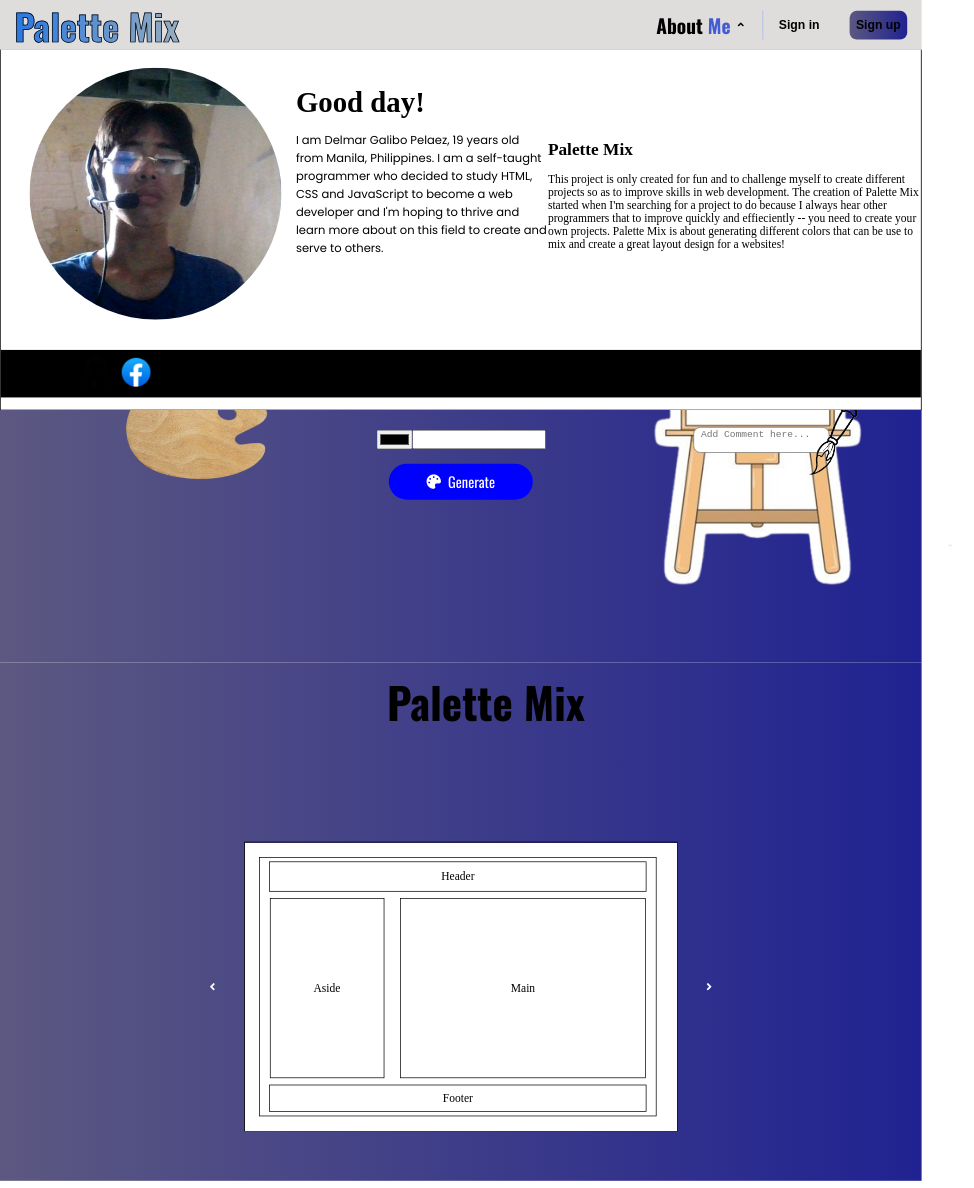
Repository: dmpelaez/Login-Signup-form
Page: Color/colorHeader.html
These files come from the project's save history. The page is drawn as it stood at one moment and after the next save; the edit follows.
The browser window is 1280 px wide. The page is 1353 px wide, so the pictures cover 1353 px, including what lies to the right of the window. The pictures show the whole page, at 72% of full size.
Some web libraries are served in a nearby version.

Above is the page before, as saved 2025-12-12 18:32:15.

After the next save:
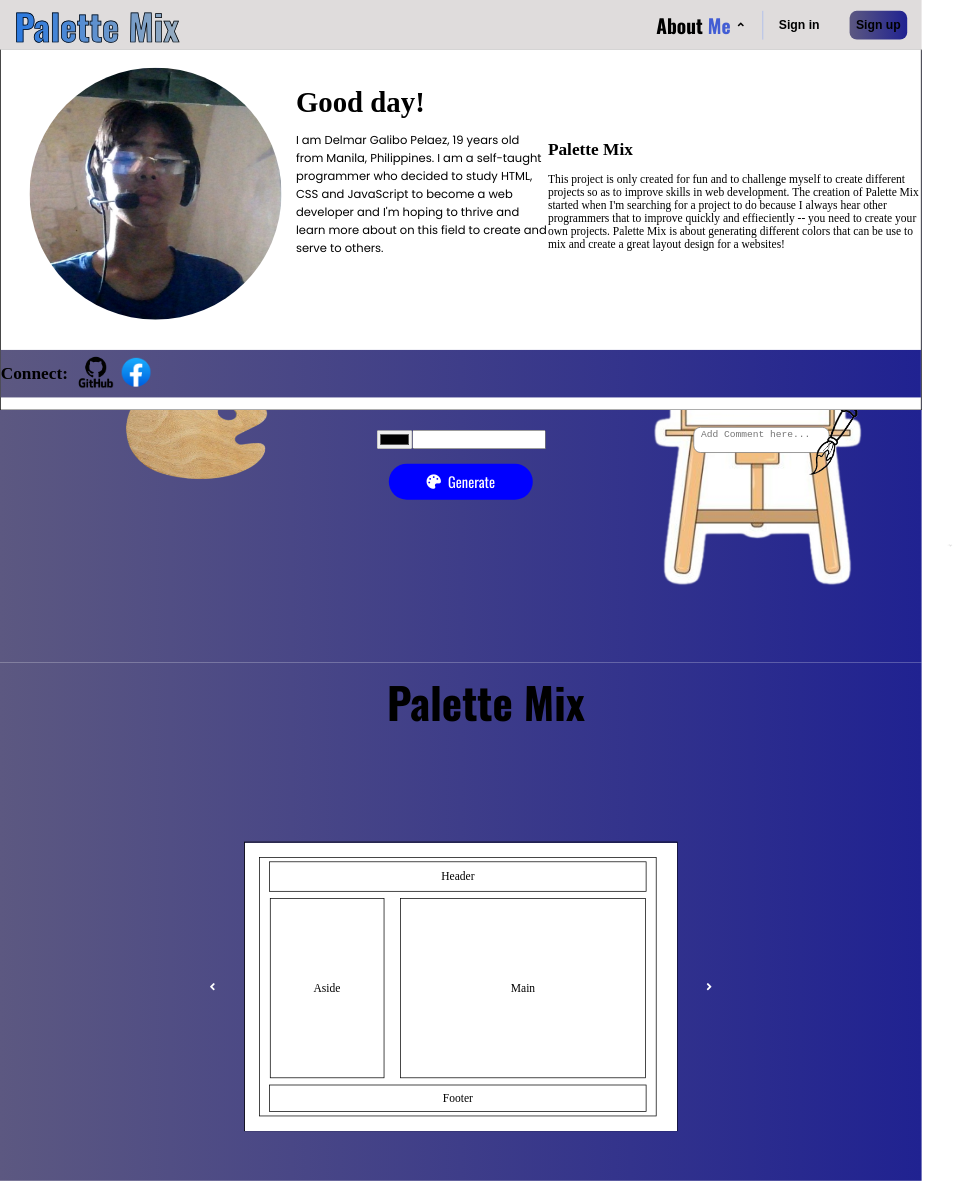
Saved 21 s later.
--- a/Color/colorMain.css
+++ b/Color/colorMain.css
@@ -64,7 +64,7 @@ position: relative;
 }
 .connectSection {
   grid-column: 1 / 2 span;
-  background-color: black;
+  background: linear-gradient(90deg, rgb(92, 88, 129), rgb(32, 34, 145));
 }
 .gd {
   font-weight: bold;
